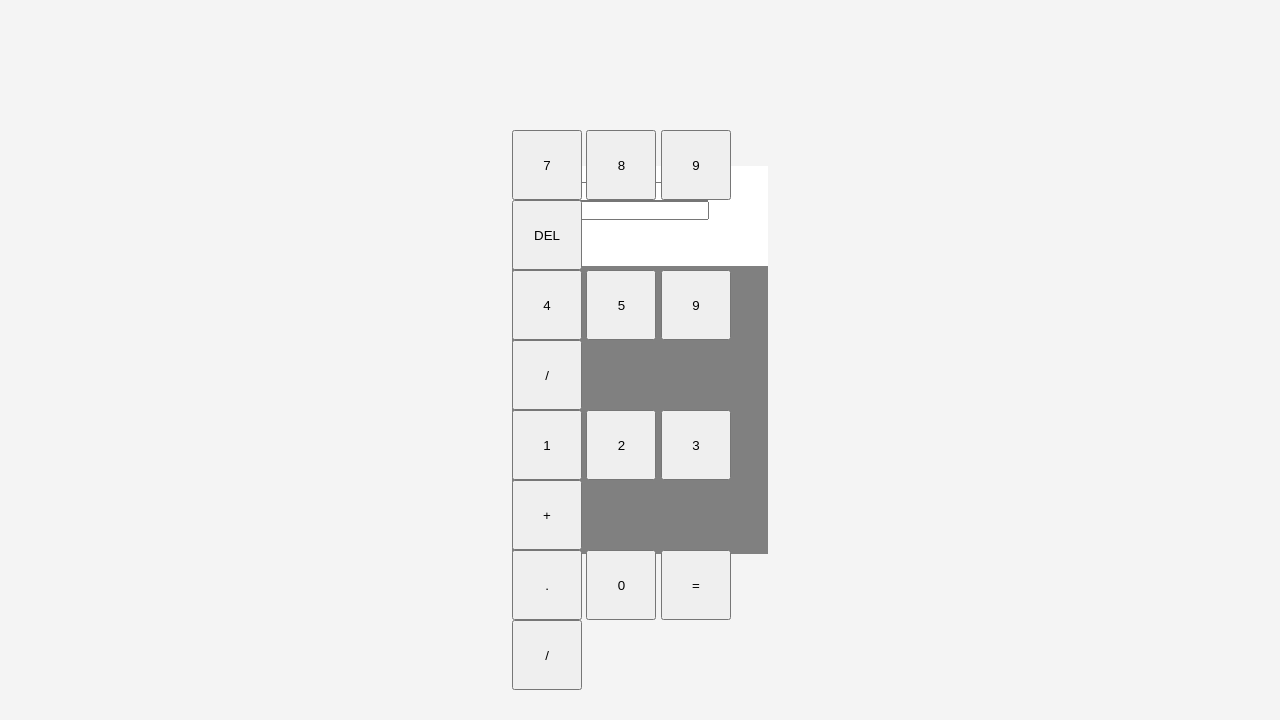
Repository: DNature/calc
Page: index.html
These files come from the project's save history. The page is drawn as it stood at one moment and after the next save; the edit follows.
The browser window is 1280 px wide. The pictures show the whole page.

Above is the page before, as saved 2019-11-20 23:30:10.

After the next save:
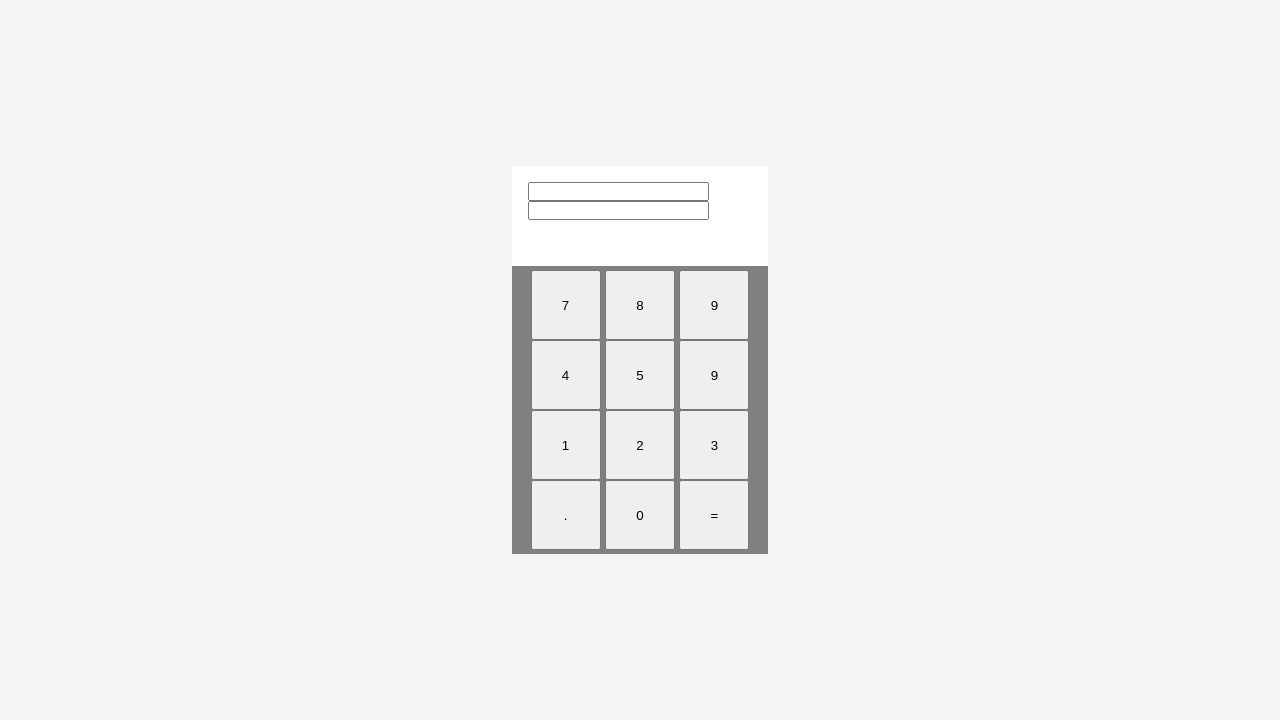
Saved 2 min 52 s later.
--- a/index.html
+++ b/index.html
@@ -19,25 +19,21 @@
           <button id="" class="button">7</button>
           <button id="" class="button">8</button>
           <button id="" class="button">9</button>
-          <button id="" class="button">DEL</button>
         </div>
         <div class="row">
           <button id="" class="button">4</button>
           <button id="" class="button">5</button>
           <button id="" class="button">9</button>
-          <button id="" class="button">/</button>
         </div>
         <div class="row">
           <button id="" class="button">1</button>
           <button id="" class="button">2</button>
           <button id="" class="button">3</button>
-          <button id="" class="button">+</button>
         </div>
         <div class="row">
           <button id="" class="button">.</button>
           <button id="" class="button">0</button>
           <button id="" class="button">=</button>
-          <button id="" class="button">/</button>
         </div>
       </div>
     </div>
